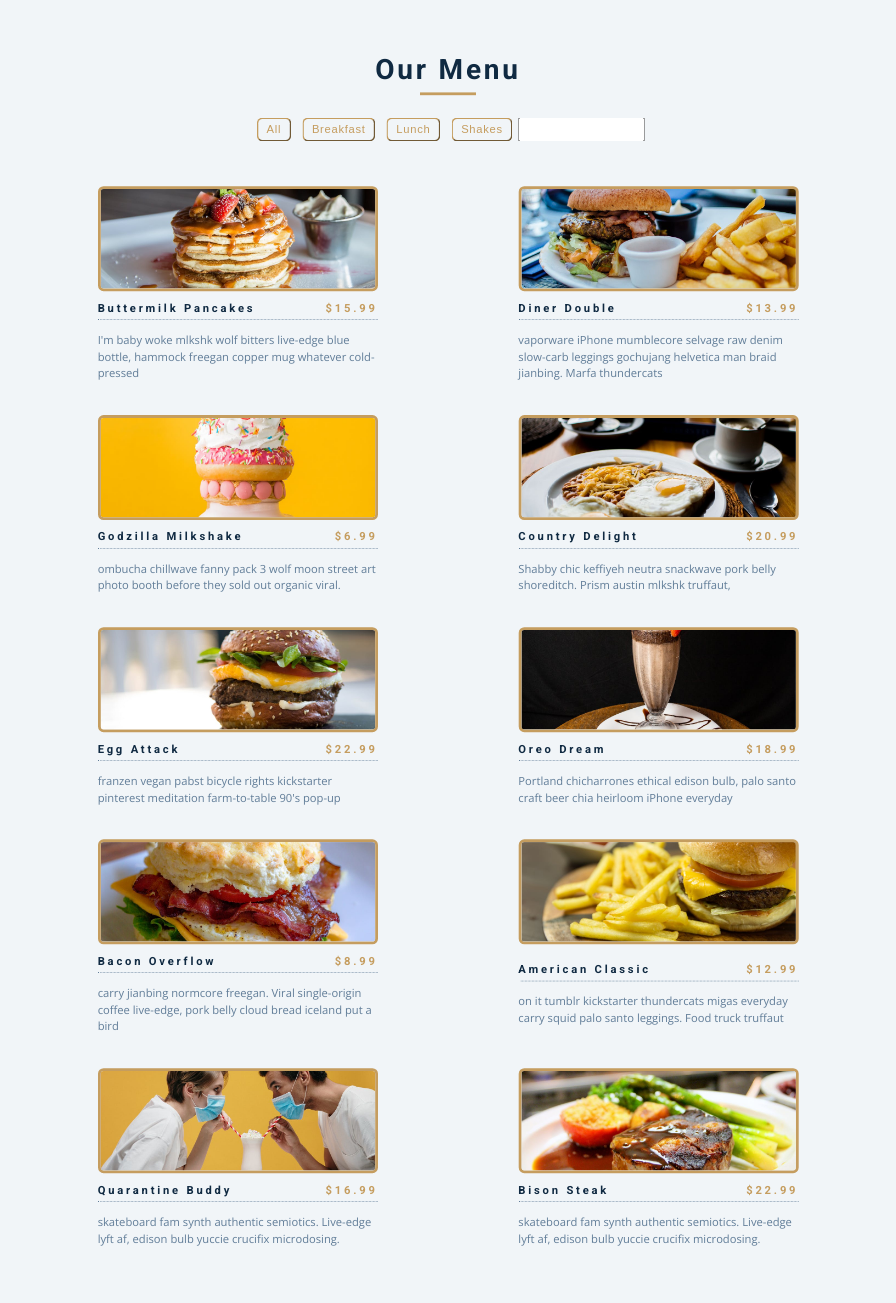
Repository: Hasmik-icml/menuFilter
Page: index.html
The author's editor kept a copy of each file at every save. The page is drawn from the files as they stood at one save, then again after a run of saves.
The browser window is 1280 px wide. The pictures show the whole page, at 70% of full size.
Some web libraries are served in a nearby version.

Above is the page before, as saved 2022-02-15 13:07:46.

### index.html
<!DOCTYPE html>
<html lang="en">
  <head>
    <meta charset="UTF-8" />
    <meta name="viewport" content="width=device-width, initial-scale=1.0" />
    <title>Starter</title>
    <!-- font-awesome -->
    <link
      rel="stylesheet"
      href="https://cdnjs.cloudflare.com/ajax/libs/font-awesome/5.14.0/css/all.min.css"
    />
    <!-- styles -->
    <link rel="stylesheet" href="styles.css" />
  </head>
  <body>
    <section class="menu">
      <!-- title -->
      <div class="title">
        <h2>our menu</h2>
        <div class="underline"></div>
      </div>
      <!-- filter buttons -->
      <div class="btn-container">
        <!-- <button type="button" class="filter-btn" data-id="all">all</button>
          <button type="button" class="filter-btn" data-id="breakfast">
            breakfast
          </button>
          <button type="button" class="filter-btn" data-id="lunch">lunch</button>
          <button type="button" class="filter-btn" data-id="shakes">
            shakes
          </button> -->
      </div>
      <!-- menu items -->
      <div class="section-center">
        <!-- single item -->
        <article class="menu-item">
          <img src="./menu-item.jpeg" alt="menu item" class="photo" />
          <div class="item-info">
            <header>
              <h4>buttermilk pancakes</h4>
              <h4 class="price">$15</h4>
            </header>
            <p class="item-text">
              Lorem ipsum dolor sit amet consectetur adipisicing elit.
              Repudiandae, sint quam. Et reprehenderit fugiat nesciunt inventore
              laboriosam excepturi! Quo, officia.
            </p>
          </div>
        </article>
        <!-- end of single item -->
        <!-- single item -->
        <article class="menu-item">
          <img src="./menu-item.jpeg" alt="menu item" class="photo" />
          <div class="item-info">
            <header>
              <h4>buttermilk pancakes</h4>
              <h4 class="price">$15</h4>
            </header>
            <p class="item-text">
              Lorem ipsum dolor sit amet consectetur adipisicing elit.
              Repudiandae, sint quam. Et reprehenderit fugiat nesciunt inventore
              laboriosam excepturi! Quo, officia.
            </p>
          </div>
        </article>
        <!-- end of single item -->
        <!-- single item -->
        <article class="menu-item">
          <img src="./menu-item.jpeg" alt="menu item" class="photo" />
          <div class="item-info">
            <header>
              <h4>buttermilk pancakes</h4>
              <h4 class="price">$15</h4>
            </header>
            <p class="item-text">
              Lorem ipsum dolor sit amet consectetur adipisicing elit.
              Repudiandae, sint quam. Et reprehenderit fugiat nesciunt inventore
              laboriosam excepturi! Quo, officia.
            </p>
          </div>
        </article>
        <!-- end of single item -->
      </div>
    </section>
    <!-- javascript -->
    <script type="module" src="./app.js"></script>
  </body>
</html>

### styles.css
/*
===============
Fonts
===============
*/
@import url("https://fonts.googleapis.com/css?family=Open+Sans|Roboto:400,700&display=swap");

/*
===============
Variables
===============
*/

:root {
  /* dark shades of primary color*/
  --clr-primary-1: hsl(205, 86%, 17%);
  --clr-primary-2: hsl(205, 77%, 27%);
  --clr-primary-3: hsl(205, 72%, 37%);
  --clr-primary-4: hsl(205, 63%, 48%);
  /* primary/main color */
  --clr-primary-5: #49a6e9;
  /* lighter shades of primary color */
  --clr-primary-6: hsl(205, 89%, 70%);
  --clr-primary-7: hsl(205, 90%, 76%);
  --clr-primary-8: hsl(205, 86%, 81%);
  --clr-primary-9: hsl(205, 90%, 88%);
  --clr-primary-10: hsl(205, 100%, 96%);
  /* darkest grey - used for headings */
  --clr-grey-1: hsl(209, 61%, 16%);
  --clr-grey-2: hsl(211, 39%, 23%);
  --clr-grey-3: hsl(209, 34%, 30%);
  --clr-grey-4: hsl(209, 28%, 39%);
  /* grey used for paragraphs */
  --clr-grey-5: hsl(210, 22%, 49%);
  --clr-grey-6: hsl(209, 23%, 60%);
  --clr-grey-7: hsl(211, 27%, 70%);
  --clr-grey-8: hsl(210, 31%, 80%);
  --clr-grey-9: hsl(212, 33%, 89%);
  --clr-grey-10: hsl(210, 36%, 96%);
  --clr-white: #fff;
  --clr-red-dark: hsl(360, 67%, 44%);
  --clr-red-light: hsl(360, 71%, 66%);
  --clr-green-dark: hsl(125, 67%, 44%);
  --clr-green-light: hsl(125, 71%, 66%);
  --clr-gold: #c59d5f;
  --clr-black: #222;
  --ff-primary: "Roboto", sans-serif;
  --ff-secondary: "Open Sans", sans-serif;
  --transition: all 0.3s linear;
  --spacing: 0.25rem;
  --radius: 0.5rem;
  --light-shadow: 0 5px 15px rgba(0, 0, 0, 0.1);
  --dark-shadow: 0 5px 15px rgba(0, 0, 0, 0.2);
  --max-width: 1170px;
  --fixed-width: 620px;
}
/*
===============
Global Styles
===============
*/

*,
::after,
::before {
  margin: 0;
  padding: 0;
  box-sizing: border-box;
}
body {
  font-family: var(--ff-secondary);
  background: var(--clr-grey-10);
  color: var(--clr-grey-1);
  line-height: 1.5;
  font-size: 0.875rem;
}
ul {
  list-style-type: none;
}
a {
  text-decoration: none;
}
img:not(.logo) {
  width: 100%;
}
img {
  display: block;
}

h1,
h2,
h3,
h4 {
  letter-spacing: var(--spacing);
  text-transform: capitalize;
  line-height: 1.25;
  margin-bottom: 0.75rem;
  font-family: var(--ff-primary);
}
h1 {
  font-size: 3rem;
}
h2 {
  font-size: 2rem;
}
h3 {
  font-size: 1.25rem;
}
h4 {
  font-size: 0.875rem;
}
p {
  margin-bottom: 1.25rem;
  color: var(--clr-grey-5);
}
@media screen and (min-width: 800px) {
  h1 {
    font-size: 4rem;
  }
  h2 {
    font-size: 2.5rem;
  }
  h3 {
    font-size: 1.75rem;
  }
  h4 {
    font-size: 1rem;
  }
  body {
    font-size: 1rem;
  }
  h1,
  h2,
  h3,
  h4 {
    line-height: 1;
  }
}
/*  global classes */

.btn {
  text-transform: uppercase;
  background: transparent;
  color: var(--clr-black);
  padding: 0.375rem 0.75rem;
  letter-spacing: var(--spacing);
  display: inline-block;
  transition: var(--transition);
  font-size: 0.875rem;
  border: 2px solid var(--clr-black);
  cursor: pointer;
  box-shadow: 0 1px 3px rgba(0, 0, 0, 0.2);
  border-radius: var(--radius);
}
.btn:hover {
  color: var(--clr-white);
  background: var(--clr-black);
}
/* section */
.section {
  padding: 5rem 0;
}

main {
  min-height: 100vh;
  display: grid;
  place-items: center;
}
/*
===============
Menu
===============
*/

.menu {
  padding: 5rem 0;
}
.title {
  text-align: center;
  margin-bottom: 2rem;
}
.underline {
  width: 5rem;
  height: 0.25rem;
  background: var(--clr-gold);
  margin-left: auto;
  margin-right: auto;
}
.btn-container {
  margin-bottom: 4rem;
  display: flex;
  justify-content: center;
}
.filter-btn {
  background: transparent;
  border-color: var(--clr-gold);
  font-size: 1rem;
  text-transform: capitalize;
  margin: 0 0.5rem;
  letter-spacing: 1px;
  border-radius: var(--radius);
  padding: 0.375rem 0.75rem;
  color: var(--clr-gold);
  cursor: pointer;
  transition: var(--transition);
}
.filter-btn:hover {
  background: var(--clr-gold);
  color: var(--clr-white);
}
.section-center {
  width: 90vw;
  margin: 0 auto;
  max-width: 1170px;
  display: grid;
  gap: 3rem 2rem;
  justify-items: center;
}
.menu-item {
  display: grid;
  gap: 1rem 2rem;
  max-width: 25rem;
}
.photo {
  object-fit: cover;
  height: 200px;
  border: 0.25rem solid var(--clr-gold);
  border-radius: var(--radius);
}
.item-info header {
  display: flex;
  justify-content: space-between;
  border-bottom: 0.5px dotted var(--clr-grey-5);
}
.item-info h4 {
  margin-bottom: 0.5rem;
}
.price {
  color: var(--clr-gold);
}
.item-text {
  margin-bottom: 0;
  padding-top: 1rem;
}
#
@media screen and (min-width: 768px) {
  .menu-item {
    grid-template-columns: 225px 1fr;
    gap: 0 1.25rem;
    max-width: 40rem;
  }
  .photo {
    height: 175px;
  }
}
@media screen and (min-width: 1200px) {
  .section-center {
    width: 95vw;
    grid-template-columns: 1fr 1fr;
  }
  .photo {
    height: 150px;
  }
}

### app.js
import {
  menu
} from "./data.js";

// get parent element
const sectionCenter = document.querySelector(".section-center");
const btnContainer = document.querySelector(".btn-container");



// display all items when page loads
window.addEventListener("DOMContentLoaded", function () {
  displayMenuItems(menu);
  displayMenuButtons();
});


function displayMenuItems(menuItems) {
  let displayMenu = menuItems.map(function (item) {
    // console.log(item);

    return `<article class="menu-item">
            <img src=${item.img} alt=${item.title} class="photo" />
            <div class="item-info">
              <header>
                <h4>${item.title}</h4>
                <h4 class="price">$${item.price}</h4>
              </header>
              <p class="item-text">
                ${item.desc}
              </p>
            </div>
          </article>`;
  });
  displayMenu = displayMenu.join("");
  // console.log(displayMenu);

  sectionCenter.innerHTML = displayMenu;
}

function displayMenuButtons() {
  btnContainer.innerHTML +=
    `<button type="button" class="filter-btn" data-id="all">all</button>
  <button type="button" class="filter-btn" data-id="breakfast">
    breakfast
  </button>
  <button type="button" class="filter-btn" data-id="lunch">lunch</button>
  <button type="button" class="filter-btn" data-id="shakes">shakes</button>
  <input type="text" name="filter" data-id="filterByWord" id="filterInput">`
  const btn = document.querySelectorAll(".filter-btn");
  btn.forEach(item => {
    item.addEventListener("click", function () {
      let filterItem = item.getAttribute("data-id");
      if (filterItem !== "all") {
        let filteredMenu = menu.filter(filterByName => {
          return filterByName.category === filterItem;
        })
        displayMenuItems(filteredMenu);
      } else {
        displayMenuItems(menu);
      }
    })
  })

}

### data.js
export const menu = [
  {
    id: 1,
    title: "buttermilk pancakes",
    category: "breakfast",
    price: 15.99,
    img: "./images/item-1.jpeg",
    desc: `I'm baby woke mlkshk wolf bitters live-edge blue bottle, hammock freegan copper mug whatever cold-pressed `,
  },
  {
    id: 2,
    title: "diner double",
    category: "lunch",
    price: 13.99,
    img: "./images/item-2.jpeg",
    desc: `vaporware iPhone mumblecore selvage raw denim slow-carb leggings gochujang helvetica man braid jianbing. Marfa thundercats `,
  },
  {
    id: 3,
    title: "godzilla milkshake",
    category: "shakes",
    price: 6.99,
    img: "./images/item-3.jpeg",
    desc: `ombucha chillwave fanny pack 3 wolf moon street art photo booth before they sold out organic viral.`,
  },
  {
    id: 4,
    title: "country delight",
    category: "breakfast",
    price: 20.99,
    img: "./images/item-4.jpeg",
    desc: `Shabby chic keffiyeh neutra snackwave pork belly shoreditch. Prism austin mlkshk truffaut, `,
  },
  {
    id: 5,
    title: "egg attack",
    category: "lunch",
    price: 22.99,
    img: "./images/item-5.jpeg",
    desc: `franzen vegan pabst bicycle rights kickstarter pinterest meditation farm-to-table 90's pop-up `,
  },
  {
    id: 6,
    title: "oreo dream",
    category: "shakes",
    price: 18.99,
    img: "./images/item-6.jpeg",
    desc: `Portland chicharrones ethical edison bulb, palo santo craft beer chia heirloom iPhone everyday`,
  },
  {
    id: 7,
    title: "bacon overflow",
    category: "breakfast",
    price: 8.99,
    img: "./images/item-7.jpeg",
    desc: `carry jianbing normcore freegan. Viral single-origin coffee live-edge, pork belly cloud bread iceland put a bird `,
  },
  {
    id: 8,
    title: "american classic",
    category: "lunch",
    price: 12.99,
    img: "./images/item-8.jpeg",
    desc: `on it tumblr kickstarter thundercats migas everyday carry squid palo santo leggings. Food truck truffaut  `,
  },
  {
    id: 9,
    title: "quarantine buddy",
    category: "shakes",
    price: 16.99,
    img: "./images/item-9.jpeg",
    desc: `skateboard fam synth authentic semiotics. Live-edge lyft af, edison bulb yuccie crucifix microdosing.`,
  },
  {
    id: 10,
    title: "bison steak",
    category: "dinner",
    price: 22.99,
    img: "./images/item-10.jpeg",
    desc: `skateboard fam synth authentic semiotics. Live-edge lyft af, edison bulb yuccie crucifix microdosing.`,
  },
];

After the next 2 saves:
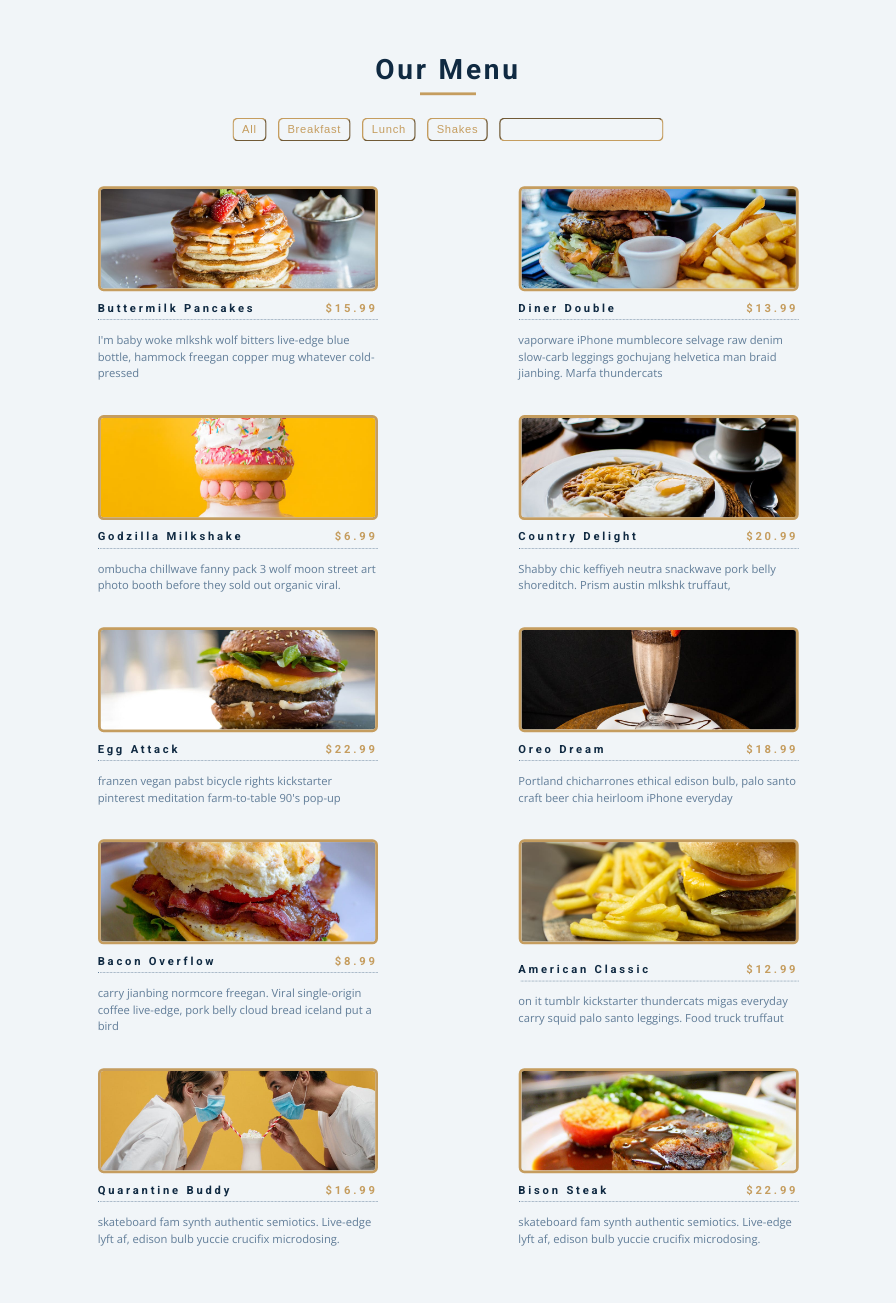
The 2 saves are shown as one change because they came seconds apart.
The last was saved 8 s later.
--- a/styles.css
+++ b/styles.css
@@ -242,7 +242,20 @@ Menu
   margin-bottom: 0;
   padding-top: 1rem;
 }
-#
+#filterInput{
+  background: transparent;
+  border-color: var(--clr-gold);
+  font-size: 1rem;
+  text-transform: capitalize;
+  margin: 0 0.5rem;
+  letter-spacing: 1px;
+  border-radius: var(--radius);
+  padding: 0.375rem 0.75rem;
+  color: var(--clr-gold);
+  cursor: pointer;
+  transition: var(--transition);
+}
+}
 @media screen and (min-width: 768px) {
   .menu-item {
     grid-template-columns: 225px 1fr;
